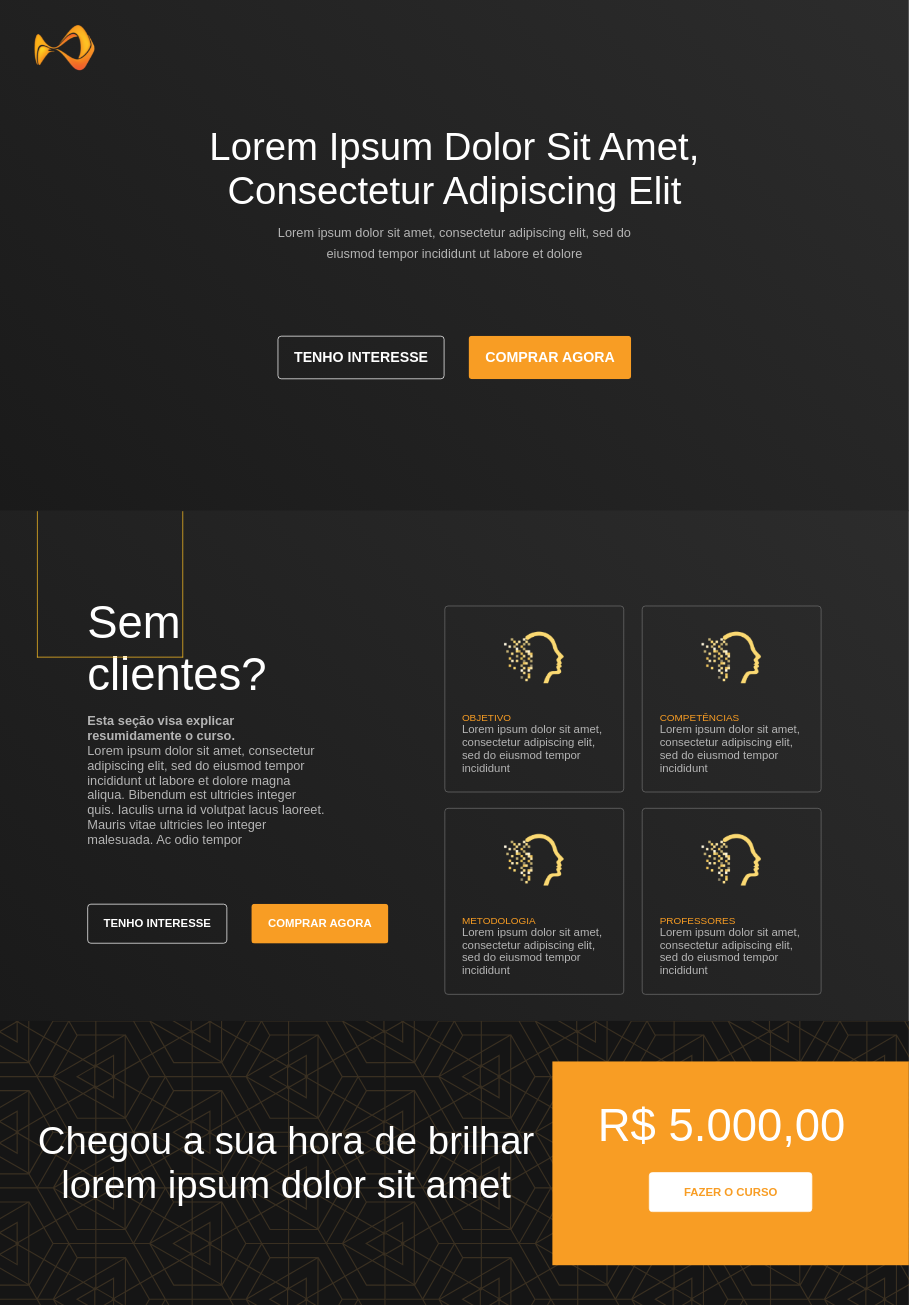
Repository: Rafael-Araujo-dev/Treinamento-Raccoon
Page: Projeto-2/index.html
These files come from the project's save history. The page is drawn as it stood at one moment and after the next save; the edit follows.
The browser window is 1280 px wide. The pictures show the whole page, at 71% of full size.
Some web fonts or font styles are not loaded; a fallback is used.

Above is the page before, as saved 2021-09-23 11:26:57.

### Projeto-2/index.html
<!DOCTYPE html>
<html>
    <head>
        <title></title>
        <meta charset="utf-8"/>
        <meta name="viewport" content="width=device-width,initial-scale=1.0,maximum-scale=1.0">
        <link rel="preconnect" href="https://fonts.googleapis.com">
        <link rel="preconnect" href="https://fonts.gstatic.com" crossorigin>
        <link href="https://fonts.googleapis.com/css2?family=Yantramanav:wght@300;400;700&display=swap" rel="stylesheet">
        <link rel="stylesheet" href="css/style.css"/>
    </head>
    <body>
        <section class="hero-section">
            <div class="hero-header">
                <img class="logo" src="images/LOGOSYNAPSE_simbolo_laranja.png"/>
            </div>
            <div class="hero-container">
                <div class="hero-title">
                    Lorem ipsum dolor sit amet,<br>
                    consectetur adipiscing elit
                </div>
                <div class="hero-text">
                    Lorem ipsum dolor sit amet, consectetur adipiscing elit, sed do eiusmod tempor incididunt ut labore et dolore
                </div>
            </div>
            <div class="hero-btn-group">
                <button class="btn secondary">
                    Tenho interesse
                </button>
                <button class="btn primary">
                    Comprar agora
                </button>
            </div>
        </section>

        <section class="course-summary">
            <div class="container">
                <div class="col m">
                    <span class="rectangule"></span>
                    <span class="title">
                        Sem<br>clientes?
                    </span>
                    <div class="text">
                        <strong>Esta seção visa explicar resumidamente o curso.</strong>
                        <br>
                        Lorem ipsum dolor sit amet, consectetur adipiscing elit, sed do eiusmod tempor incididunt ut labore et dolore magna aliqua. Bibendum est ultricies integer quis. Iaculis urna id volutpat lacus laoreet. Mauris vitae ultricies leo integer malesuada. Ac odio tempor
                    </div>
                    <div class="btn-group">
                        <button class="btn secondary">
                            Tenho interesse
                        </button>
                        <button class="btn primary">
                            Comprar agora
                        </button>
                    </div>
                </div>
                <div class="col l">
                    <div class="card-container">
                        <div class="card-item">
                            <div class="container">
                                <div class="card-image">
                                    <img src="./images/Oratória Digital Logo-1.png"/>
                                </div>
                                <div class="card-description">
                                    <div class="card-title">
                                        Objetivo
                                    </div>
                                    <div class="card-text">
                                        Lorem ipsum dolor sit amet, consectetur adipiscing elit, sed do eiusmod tempor incididunt
                                    </div>
                                </div>
                            </div>
                        </div>
                        <div class="card-item">
                            <div class="container">
                                <div class="card-image">
                                    <img src="./images/Oratória Digital Logo-1.png"/>
                                </div>
                                <div class="card-description">
                                    <div class="card-title">
                                        Competências
                                    </div>
                                    <div class="card-text">
                                        Lorem ipsum dolor sit amet, consectetur adipiscing elit, sed do eiusmod tempor incididunt
                                    </div>
                                </div>
                            </div>
                        </div>
                        <div class="card-item">
                            <div class="container">
                                <div class="card-image">
                                    <img src="./images/Oratória Digital Logo-1.png"/>
                                </div>
                                <div class="card-description">
                                    <div class="card-title">
                                        Metodologia
                                    </div>
                                    <div class="card-text">
                                        Lorem ipsum dolor sit amet, consectetur adipiscing elit, sed do eiusmod tempor incididunt
                                    </div>
                                </div>
                            </div>
                        </div>
                        <div class="card-item">
                            <div class="container">
                                <div class="card-image">
                                    <img src="./images/Oratória Digital Logo-1.png"/>
                                </div>
                                <div class="card-description">
                                    <div class="card-title">
                                        Professores
                                    </div>
                                    <div class="card-text">
                                        Lorem ipsum dolor sit amet, consectetur adipiscing elit, sed do eiusmod tempor incididunt
                                    </div>
                                </div>
                            </div>
                        </div>
                    </div>
                </div>
                <center>
                    <div class="btn-group mobile">
                        <button class="btn secondary">
                            Tenho interesse
                        </button>
                        <button class="btn primary">
                            Comprar agora
                        </button>
                    </div>
                </center>
            </div>
        </section>

        <section class="take-course">
            <div class="container">
                <div class="text">
                    Chegou a sua hora de brilhar <br>lorem ipsum dolor sit amet
                </div>
                <div class="card">
                    <div class="text">
                        R$ 5.000,00
                    </div>
                    <button class="btn white">
                        Fazer o curso
                    </button>
                </div>
            </div>
        </section>

    </body>
</html>

### Projeto-2/css/style.css
* {
    margin: 0;
    padding: 0;
    box-sizing: border-box;
    font-family: 'Yantramanav', sans-serif;
}

.btn {
    font-size: 20px;
    text-transform: uppercase;
    padding: 18px 22px;
    margin: 0px 15px 24px 15px;
    font-weight: bold;
}

@media (max-width: 890px) {
    .btn {
        font-size: 20px;
    }
}

@media (max-width: 645px) {
    .btn {
        font-size: 17px;
    }
}

@media (max-width: 500px) {
    .btn {
        font-size: 16px;
    }
}

.btn.primary {
    background-color: #F89D24;
    border: 1px solid transparent;
    border-radius: 5px;
    color: #FFF;
}

.btn.secondary {
    background-color: transparent;
    border: 1px solid #FFF;
    border-radius: 5px;
    color: #FFF;
}

.btn.white {
    background-color: #FFFFFF;
    border: 1px solid #FFF;
    border-radius: 5px;
    color: #000;
}

.hero-section {
    background: rgb(26,26,26);
    background: linear-gradient(45deg, rgba(26,26,26,1) 0%, rgba(44,44,44,1) 100%);
    min-height: 100vh;
    display: flex;
    flex-direction: column;
    justify-content: space-around;
}

.hero-header .logo {
    margin-left: 3.15%;
    margin-top: 2%;
    width: 12.1%;
    max-width: 100px;
}

.hero-container {
    position: relative;
    margin: auto;
    display: flex;
    flex-direction: column;
    flex-wrap: wrap;
}

@media (max-width: 1240px) {
    .hero-container {
        width: 60%;
    }
}

@media (max-width: 1028px) {
    .hero-container {
        width: 70%;
    }
}

@media (max-width: 890px) {
    .hero-container {
        width: 80%;
    }
}

.hero-title, .hero-text {
    color: #FFFFFF;
    text-align: center;
}

.hero-title {
    font-size: 54px;
    /* margin-top: 15.5vh; */
    text-transform: capitalize;
}

@media (max-width: 890px) {
    .hero-title {
        /* margin-top: 14%; */
        font-size: 45px;
    }
}

@media (max-width: 645px) {
    .hero-title {
        /* margin-top: 8%; */
        font-size: 40.5px;
    }
}

@media (max-width: 500px) {
    .hero-title {
        /* margin-top: 0%; */
    }
}

.hero-text {
    color: #B5B5B5;
    font-size: 18px;
    width: 60%;
    margin-top: 1.8vh;
    line-height: 30px;
    align-self: center;
    margin-bottom: 35px;
}

@media (max-width: 1024px) {
    .hero-text {
        width: 80%;
    }
}

@media (max-width: 890px) {
    .hero-text {

        font-size: 15px;
        width: 50%;
    }
}

@media (max-width: 645px) {
    .hero-text {

        font-size: 13.5px;
        width: 80%;
    }
}

@media (max-width: 500px) {
    .hero-text {
        /* margin-top: 5%; */
        width: 100%;
    }
}

.hero-btn-group {
    margin-bottom: 22.5vh;
    text-align: center;
}

.course-summary {
    background: rgb(26,26,26);
    background: linear-gradient(45deg, rgba(26,26,26,1) 0%, rgba(44,44,44,1) 100%);
    min-height: 100vh;
    padding-top: 18.6vh;
    margin-top: -1px;
}

@media (max-width: 450px) {
    .course-summary {
        padding-top: 6.5vh;
    }
}

.course-summary .container {
    position: relative;
    margin: auto;
    display: flex;
    justify-content:center;
    flex-wrap: wrap;
}

.course-summary .col {
    display: flex;
}

.course-summary .col.m {
    display: flex;
    flex-direction: column;
}

.course-summary .col.l {
    margin-left: 5vw;
}

.course-summary .col .rectangule {
    position: absolute;
    margin-top: -18.5vh;
    margin-left: -5.5vw;
    border: 1px solid #FEC024;
    border-top: none;
    width: 206px;
    height: 206px;
}

.course-summary .col .title {
    font-size: 64px;
    color: #FFFFFF;
    margin-top: -2vh;
}

@media (max-width: 450px) {
    .course-summary .col .rectangule {
        margin-top: -6.5vh;
        margin-left: 3.8vw;
        width: 110px;
        height: 110px;
    }

    .course-summary .col .title {
        font-size: 48px;
        margin-left: 24px;
        margin-top: 1vh;
    }
}

.course-summary .col .text {
    font-size: 18px;
    color: #B5B5B5;
    font-weight: 300;
    max-width: 337px;
    margin-top: 2.6vh;
}

@media (max-width: 450px) {
    .course-summary .col .text {
        font-size: 13.5px;
        max-width: 85%;
        line-height: 25px;
        align-self: center;
    }
}

.course-summary .col .btn-group {
    margin-top: 11vh;
    margin-left: -15px;
}

.course-summary .btn-group.mobile {
    display: none;
    margin-top: 36px;
}

@media (max-width: 450px) {
    .course-summary .col .btn-group {
        display: none;
    }

    .course-summary .btn-group.mobile {
        display: inherit;
    }
}

.course-summary .col .btn-group .btn {
    font-size: 16px;
}

.course-summary .card-container {
    display: grid;
    grid-template-columns: repeat(2, 1fr);
    grid-template-rows: repeat(2, 1fr);
    grid-column-gap: 2vw;
    grid-row-gap: 3vh;
}

@media(max-width: 650px) {
    .course-summary .card-container {
        grid-template-columns: repeat(1, 1fr);
        grid-template-rows: repeat(1, 1fr);
        margin-left: -25px;
    }
}

@media(max-width: 450px) {
    .course-summary .card-container {
        margin-top: 50px;
    }
}

@media(max-width: 300px) {
    .course-summary .card-container {
        margin-left: -10px;
    }
}

.course-summary .card-item {
    border: 1px solid #6E6E6E;
    border-radius: 5px;
    max-width: 253px;
}

.course-summary .card-item .container {
    text-align: center;
    margin: 24px;
    padding: 0;
}

.course-summary .card-item .card-description {
    text-align: left;
}

.course-summary .card-item .card-title {
    font-size: 14px;
    color: #F89D24;
    text-transform: uppercase;
    margin-top: 3.5vh;
}

.course-summary .card-item .card-text {
    font-size: 16px;
    color: #B5B5B5;
}

.take-course {
    background-color: #191919;
    background-image: url('../images/Grupo\ 34.svg');
    height: 400px;
    margin-top: -1px;
}

.take-course .container{
    background-color: rgba(20,20,20,0.7);
}

.take-course .container {
    padding: 1vh 2vw;
    height: 100%;
    display: flex;
    flex-direction: row;
    justify-content: end;
    align-items: center;
    padding-right: 0;
}

.take-course .container .text {
    font-size: 54px;
    color: #FFFFFF;
    text-align: center;
    margin-right: 2vw;
}

.take-course .container .card {
    display: flex;
    flex-direction: column;
    align-items: center;
    background-color:#F89D24;
    width: 40%;
    padding-top: 53px;
    padding-bottom: 75px;
}

.take-course .container .card .btn {
    margin: 0;
    margin-top: 29px;
    padding-left: 48px;
    padding-right: 48px;
    font-size: 16px;
    color: #F89D24;
}

.take-course .container .card .text {
    font-weight: normal;
    font-size: 64px;
}

After the next save:
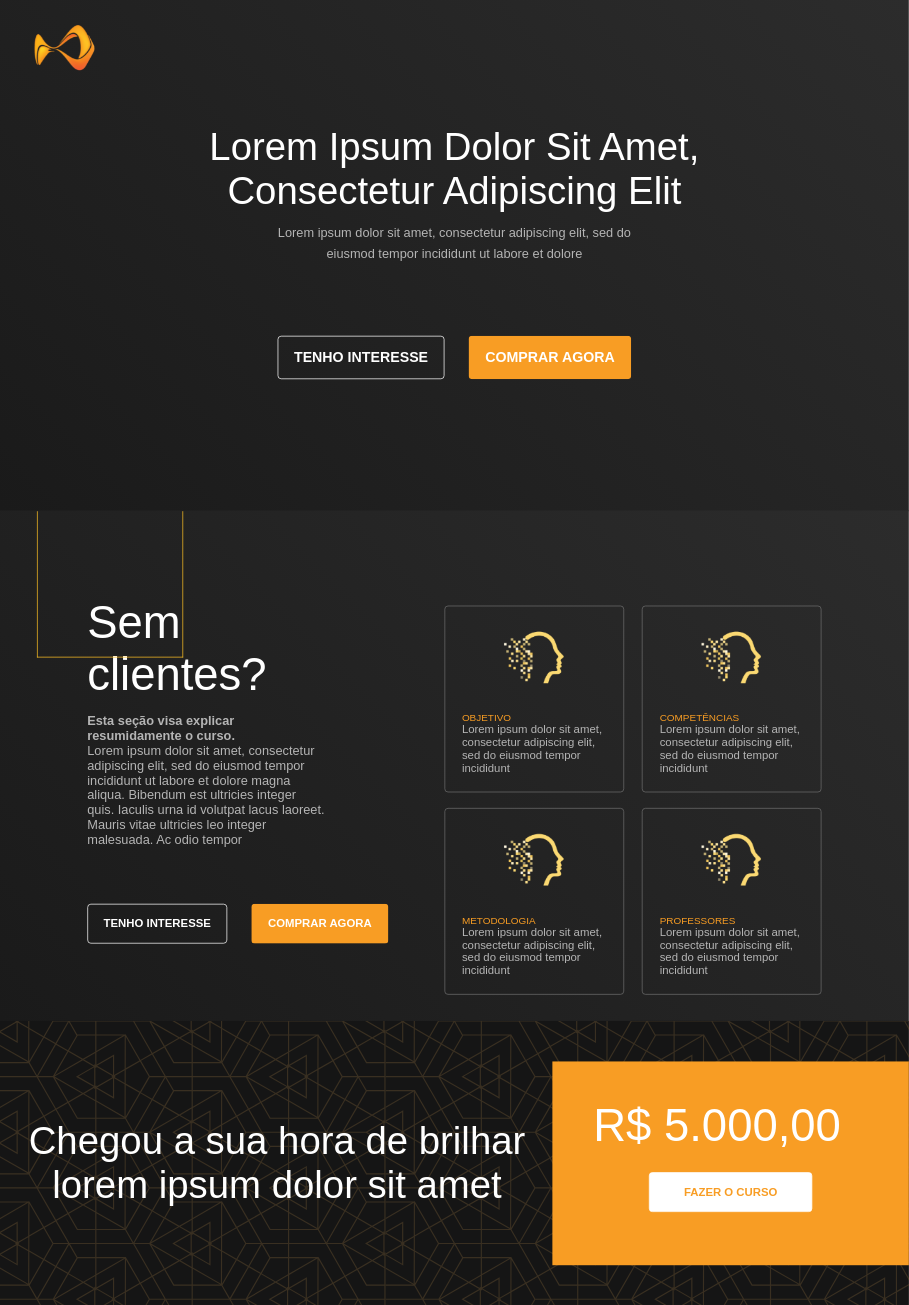
Saved 5 s later.
--- a/Projeto-2/css/style.css
+++ b/Projeto-2/css/style.css
@@ -357,7 +357,7 @@
     font-size: 54px;
     color: #FFFFFF;
     text-align: center;
-    margin-right: 2vw;
+    margin-right: 3vw;
 }
 
 .take-course .container .card {
